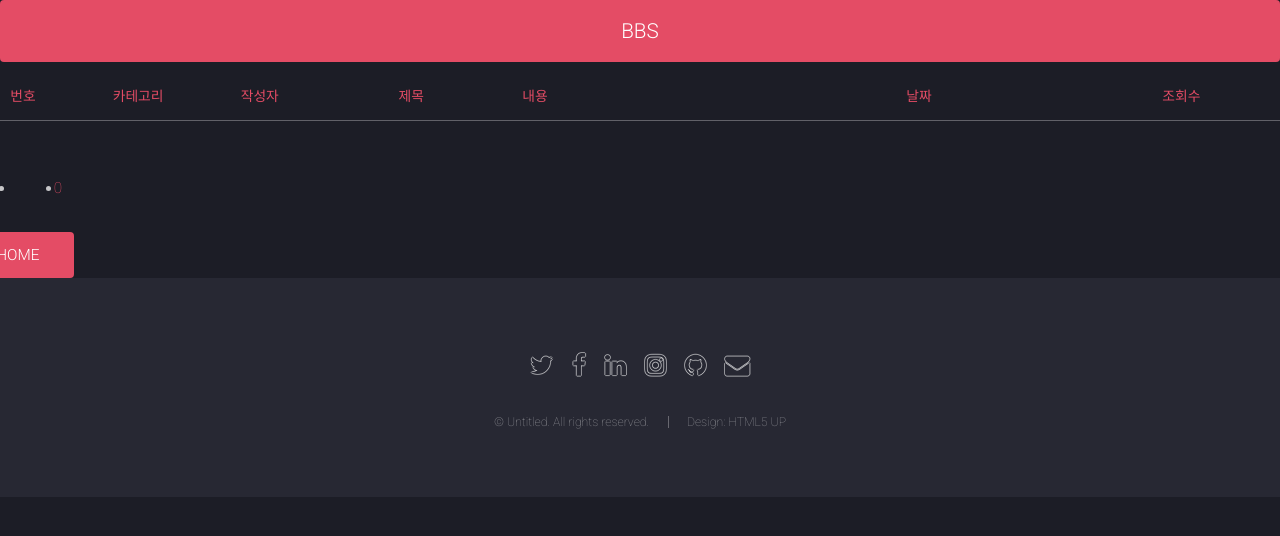
Repository: worMholEamkim/SpringEX
Page: http://localhost/bbs/bbs.do?page=0
The author's editor kept a copy of each file at every save. The page is drawn from the files as they stood at one save, then again after the next save.
The browser window is 1280 px wide. The pictures show the whole page.
The page is served by Tomcat 9. Queries for data that is not in the repository find no rows.

Above is the page before, as saved 2019-03-18 05:52:24.

After the next save:
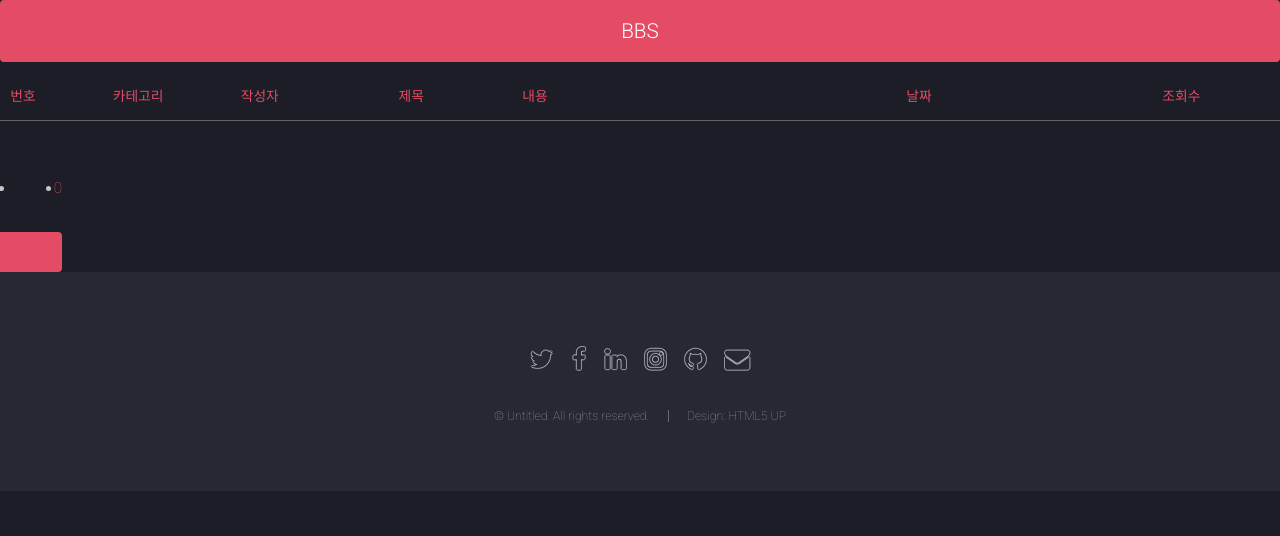
Saved 114 s later.
--- a/JSP_WepPage_Server-master.zip_expanded/JSP_WepPage_Server-master/bbs/WebContent/WEB-INF/bbs.jsp
+++ b/JSP_WepPage_Server-master.zip_expanded/JSP_WepPage_Server-master/bbs/WebContent/WEB-INF/bbs.jsp
@@ -94,11 +94,13 @@
 								</div>
 								<div class="row" align="center">
 								<c:if test='${sessionID!=null}'>
-									<div>
-										<a href='bbsupload2.do' class="button primary">WRITE</a>
-									</div>
+									<button class="button primary">
+										<a href='bbsupload2.do'>WRITE</a>
+									</button>
 								</c:if>
-									<a href='home.do'  class="button primary">HOME</a>
+									<button class="button primary">
+										<a href='home.do'>HOME</a>
+									</button>
 								</div>
 								<div align="center">
 

After the save that followed:
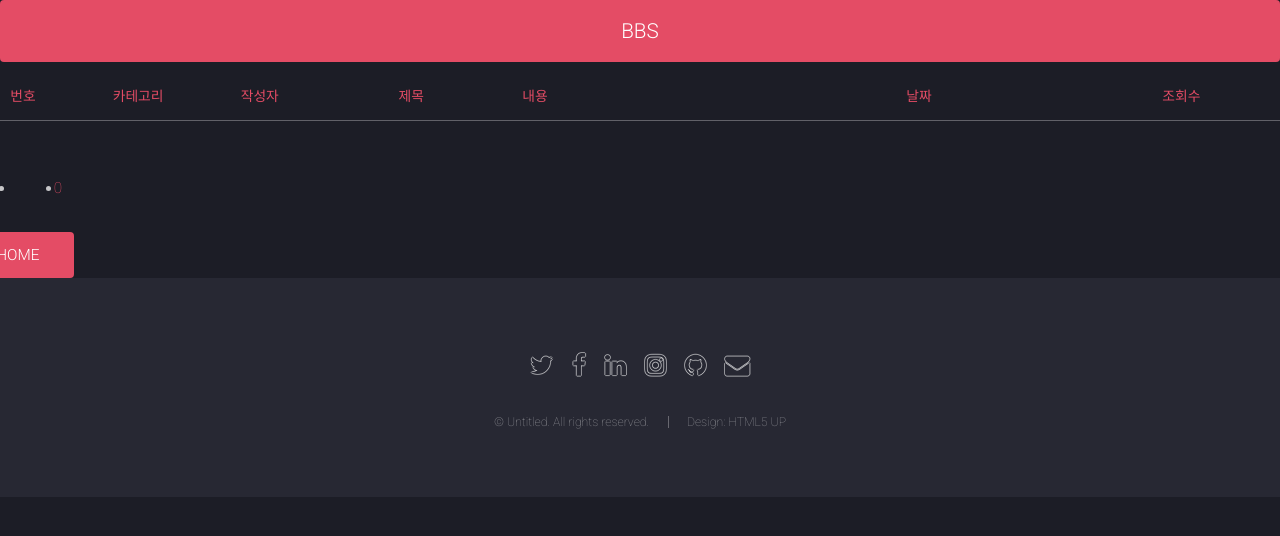
Saved 27 s later.
--- a/JSP_WepPage_Server-master.zip_expanded/JSP_WepPage_Server-master/bbs/WebContent/WEB-INF/bbs.jsp
+++ b/JSP_WepPage_Server-master.zip_expanded/JSP_WepPage_Server-master/bbs/WebContent/WEB-INF/bbs.jsp
@@ -94,13 +94,11 @@
 								</div>
 								<div class="row" align="center">
 								<c:if test='${sessionID!=null}'>
-									<button class="button primary">
-										<a href='bbsupload2.do'>WRITE</a>
-									</button>
+									<div>
+										<a href='bbsupload2.do' class="button primary">WRITE</a>
+									</div>
 								</c:if>
-									<button class="button primary">
-										<a href='home.do'>HOME</a>
-									</button>
+									<a href='home.do'  class="button primary">HOME</a>
 								</div>
 								<div align="center">
 
